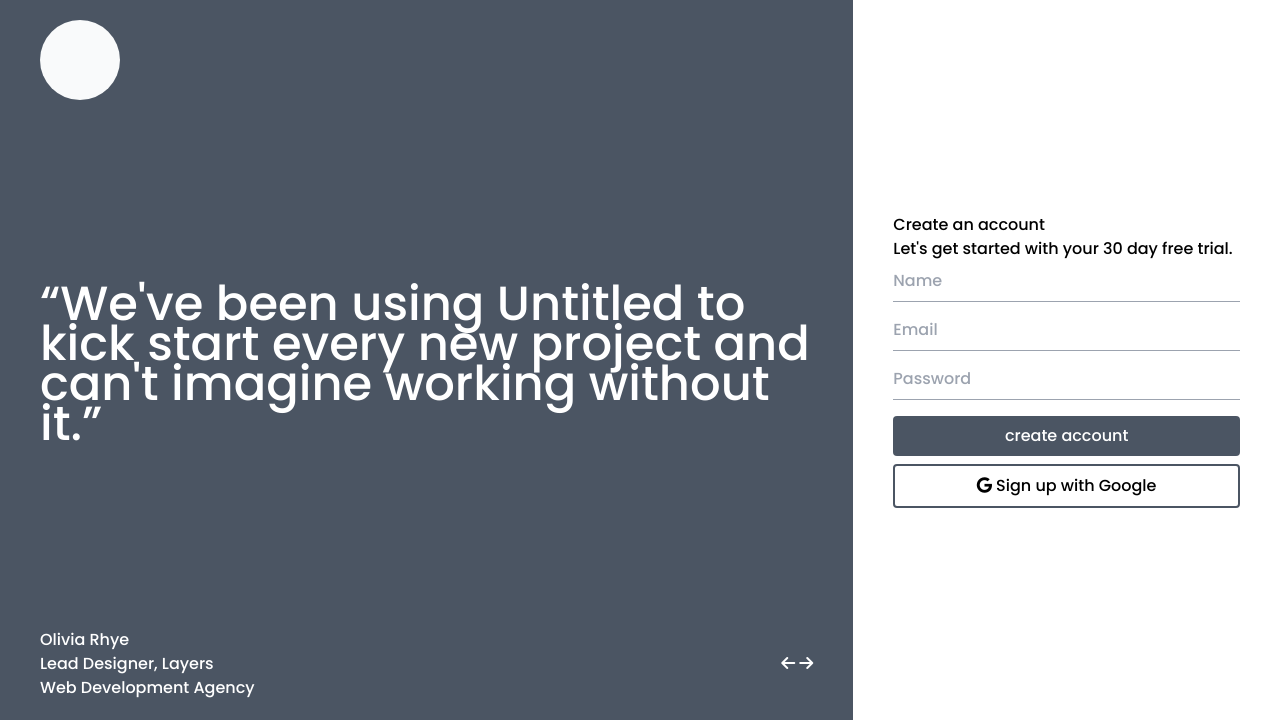
Repository: debthebuilder/youtube-html-contact-form-tailwindcss
Page: contact.html
An editor plug-in stored every save of this project. The page is shown before and after the next save, followed by the edit.
The browser window is 1280 px wide. The pictures show the whole page.
Some web libraries are served in a nearby version.

Above is the page before, as saved 2022-08-03 05:55:32.

### contact.html
<!DOCTYPE html>
<html lang="en">
<head>
    <meta charset="UTF-8">
    <meta http-equiv="X-UA-Compatible" content="IE=edge">
    <meta name="viewport" content="width=device-width, initial-scale=1.0">
    <link rel="stylesheet" href="https://cdnjs.cloudflare.com/ajax/libs/font-awesome/6.1.2/css/all.min.css" integrity="sha512-1sCRPdkRXhBV2PBLUdRb4tMg1w2YPf37qatUFeS7zlBy7jJI8Lf4VHwWfZZfpXtYSLy85pkm9GaYVYMfw5BC1A==" crossorigin="anonymous" referrerpolicy="no-referrer" />
    <link rel="preconnect" href="https://fonts.googleapis.com">
    <link rel="preconnect" href="https://fonts.gstatic.com" crossorigin>
    <link href="https://fonts.googleapis.com/css2?family=Poppins:wght@300;500;600&display=swap" rel="stylesheet">
    <script src="https://cdn.tailwindcss.com"></script>
    <title>HTML Contact Form</title>
    <style>
        body{
            font-family: 'Poppins', sans-serif;
        }
    </style>
</head>
<body>
    <div class="w-full h-screen flex">
        <!--Background Image with Overlay text-->
        <div class="w-4/6 bg-gray-600 text-white flex flex-col justify-between py-5 px-10">
            <a href="#" class="block">
                <div class="w-20 h-20 bg-gray-50 rounded-full"></div>
            </a>
            <q class="text-5xl leading-10">We've been using Untitled to kick start every new project and can't imagine working without it.</q>
            <div class="flex flex-row items-center justify-between">
                <div>
                    <h3>Olivia Rhye</h3>
                    <div>Lead Designer, Layers</div>
                    <span>Web Development Agency</span>
                </div>
                <div>
                    <span>
                        <i class="fa-solid fa-arrow-left"></i>
                    </span>
                    <span>
                        <i class="fa-solid fa-arrow-right"></i>
                    </span>
                </div>
            </div>
        </div>
        <!--Form-->
        <div class="w-2/6 px-10 flex flex-col justify-center">
            <h2>Create an account</h2>
            <span>Let's get started with your 30 day free trial.</span>
            <form>
                <input type="text" name="name" placeholder="Name" class="w-full border-b border-gray-400 pb-2 focus:outline-none focus:border-0 focus:border-b-2 my-2">
                <input type="email" name="email" placeholder="Email" class="w-full border-b border-gray-400 pb-2 focus:outline-none focus:border-0 focus:border-b-2 my-2">
                <input type="password" name="password" placeholder="Password" class="w-full border-b border-gray-400 pb-2 focus:outline-none focus:border-0 focus:border-b-2 my-2">
                <button class="block bg-gray-600 w-full py-2 rounded my-2 text-white">create account</button>
                <button class="block border-2 border-gray-600  w-full py-2 rounded"><span class="mr-1"><i class="fa-brands fa-google"></i></span>Sign up with Google</button>
            </form>
        </div>
    </div>
</body>
</html>

After the next save:
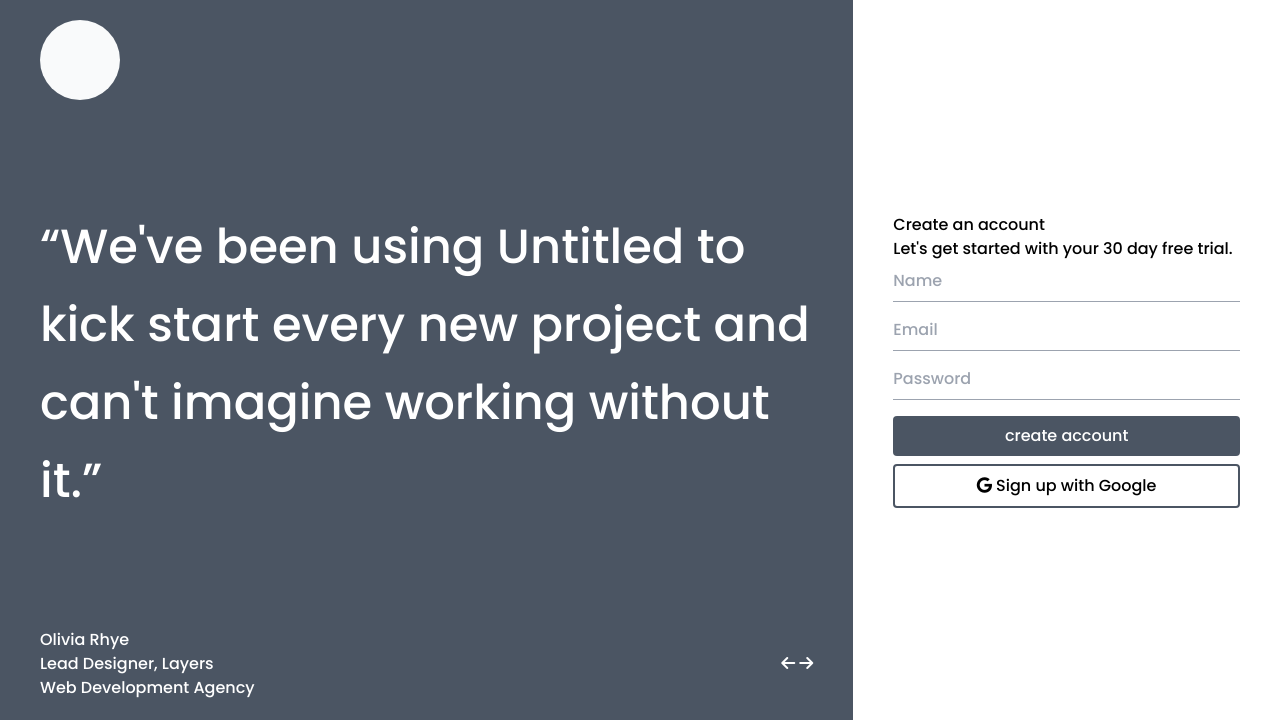
Saved 10 s later.
--- a/contact.html
+++ b/contact.html
@@ -23,7 +23,7 @@
             <a href="#" class="block">
                 <div class="w-20 h-20 bg-gray-50 rounded-full"></div>
             </a>
-            <q class="text-5xl leading-10">We've been using Untitled to kick start every new project and can't imagine working without it.</q>
+            <q class="text-5xl leading-relaxed">We've been using Untitled to kick start every new project and can't imagine working without it.</q>
             <div class="flex flex-row items-center justify-between">
                 <div>
                     <h3>Olivia Rhye</h3>
